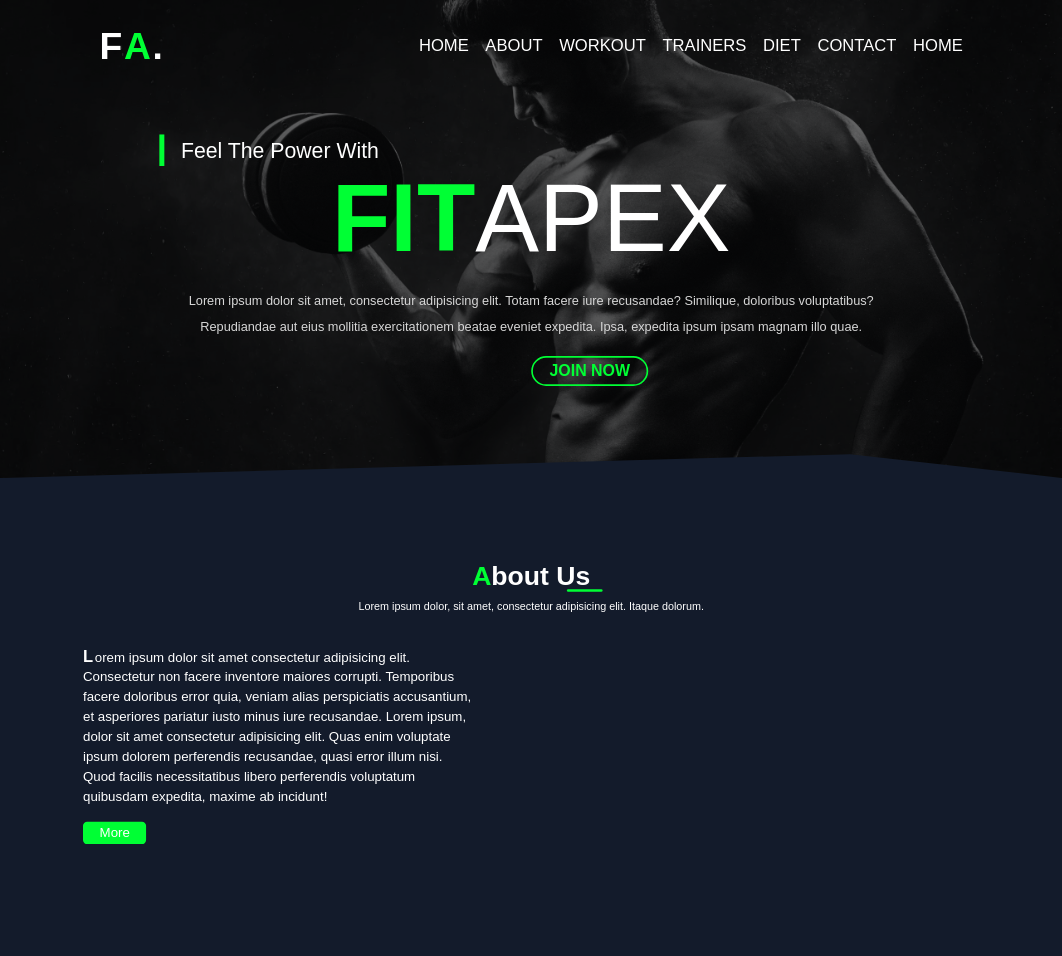
Repository: guilhermecardoso93/fitapex
Page: index.html
These files come from the project's save history. The page is drawn as it stood at one moment and after the next save; the edit follows.
The browser window is 1280 px wide. The pictures show the whole page, at 83% of full size.

Above is the page before, as saved 2023-03-05 21:22:53.

### index.html
<!DOCTYPE html>
<html lang="pr-BR">
  <head>
    <meta charset="UTF-8" />
    <meta http-equiv="X-UA-Compatible" content="IE=edge" />
    <meta name="viewport" content="width=device-width, initial-scale=1.0" />
    <link rel="stylesheet" href="styles.css" />
    <link
      rel="stylesheet"
      href="https://cdnjs.cloudflare.com/ajax/libs/font-awesome/4.7.0/css/font-awesome.css"
    />
    <title>F.A GYM</title>
  </head>
  <body>
    <div class="navbar">
      <a href="#" class="logo">F<b>A</b>.</a>
      <ol>
        <li>
          <a href="#home">home</a>
        </li>
        <li>
          <a href="#about">about</a>
        </li>
        <li>
          <a href="#workout">workout</a>
        </li>
        <li>
          <a href="#trainers">trainers</a>
        </li>
        <li>
          <a href="#diet">diet</a>
        </li>
        <li>
          <a href="#contact">contact</a>
        </li>
        <li>
          <a href="#home">home</a>
        </li>
      </ol>
    </div>
    <section id="home" class="home view">
      <div class="highlights">
        <h3>feel the power with</h3>
        <h1><b>FIT</b>APEX</h1><br>
        <p class="tagline">
          Lorem ipsum dolor sit amet, consectetur adipisicing elit. Totam facere iure recusandae? Similique, doloribus voluptatibus? Repudiandae aut eius mollitia exercitationem beatae eveniet expedita. Ipsa, expedita ipsum ipsam magnam illo quae.
        </p>
        <button class="join">join now</button>
      </div>
      <div class="banner"/>
    </section>

    <section id="about" class="about view">
      <div class="main">
        <h2><span>A</span>bout Us</h2>
        <h6>Lorem ipsum dolor, sit amet, consectetur adipisicing elit. Itaque dolorum.</h6>
      </div>
      <div class="content">
        <div class="cols">
          <p><b>L</b>orem ipsum dolor sit amet consectetur adipisicing elit. Consectetur non facere inventore maiores corrupti. Temporibus facere doloribus error quia, veniam alias perspiciatis accusantium, et asperiores pariatur iusto minus iure recusandae. Lorem ipsum, dolor sit amet consectetur adipisicing elit. Quas enim voluptate ipsum dolorem perferendis recusandae, quasi error illum nisi. Quod facilis necessitatibus libero perferendis voluptatum quibusdam expedita, maxime ab incidunt! </p>
          <a href="#">more</a>
        </div>
        <div class="cols">
          <div class="box">
            <img src="" alt="">
          </div>
        </div>
      </div>
    </section>
  </body>
</html>

### styles.css
@import url("https://fonts.googleapis.com/css2?family=Poppins:wght@400;500&display=swap");

@import "./css/_navbar.css";
@import "./css/_home.css";
@import "./css/_about.css";

* {
  margin: 0;
  padding: 0;
  box-sizing: border-box;
  font-family: "Poppisns", sans-serif;
  outline: none;
  color: #fff;
}

:root {
  --prime: #00ff34;
}

body {
  background-color: #131b2b;
}


.view {
  width: 100%;
  min-height: 80vh;
  position: relative;
}

### css/_navbar.css

.navbar {
  width: 100%;
  display: flex;
  position: fixed;
  padding: 30px 120px;
  background-color: transparent;
  justify-content: space-between;
  z-index: 1111;
  transition: 0.5s ease;
}

.logo {
  font-size: 2.8em;
  font-weight: 800;
  letter-spacing: 2px;
  text-transform: uppercase;
  text-decoration: none;
}

.logo B{
  color: var(--prime);
}

ol {
  display: flex;
  margin: auto 0;
}

ol li {
  list-style: none;
  margin-left: 20px;
}

ol li a {
  font-size: 20px;
  font-weight:500;
  text-transform: uppercase;
  text-decoration: none;
}

ol li:hover a {
  color: var(--prime);
}

### css/_home.css
.home {
  display: flex;
  min-height: 120vh;
  align-items: center;
  justify-content: center;
  clip-path: polygon(0 0, 100% 0, 100% 100%, 80% 95%, 0 100%);
}

.banner {
  height: 100%;
  width: 100%;
  position: absolute;
  background: url("../assets/banner.jpg");
  background-size: cover;
  background-position: center;
  filter: brightness(40%);
}

.highlights {
  width: 70%;
  position: relative;
  display: inline-block;
  z-index: 11;
}

.highlights h3 {
  display: inline;
  font-size: 2vw;
  padding: 5px 20px;
  font-weight: lighter;
  text-transform: capitalize;
  border-left: 6px solid var(--prime);
}

.highlights h1 {
  font-size: 9vw;
  text-align: center;
  font-weight: normal;
}

.highlights b {
  color: var(--prime);
  font-weight: 800;
  font-family: sans-serif;
}

.highlights .tagline {
  color: #d7d7d7;
  font-size: 1.2vw;
  text-align: center;
  font-weight: normal;
  line-height: 32px;
}

.highlights .join {
  position: absolute;
  left: 50%;
  margin-top: 1.2rem;
  padding: 5px 20px;

  transform: tanslateX(-500%);
  font-weight: 800;
  font-size: 1.5vw;
  text-transform: uppercase;

  color: var(--prime);
  border: 2px solid var(--prime);
  border-radius: 50px;
  background: transparent;

  transition: 0.3s ease;
}

.highlights .join:hover {
  color: #fff;
  cursor: pointer;
  letter-spacing: 1.5px;
  background: var(--prime);
}

### css/_about.css
.main {
  width: 100%;
  text-align: center;
  padding-bottom: 20px;
}

.main h2 {
  font-size: 2.5vw;
  position: relative;
  text-align: center;
  padding-top: 100px;
  display: inline-block;
}

span {
  color: var(--prime);
}

.main h2:before {
  position: absolute;
  content: '';
  background: var(--prime);
  height: 3px;
  width: 30%;
  right: -15px;
  bottom: 0;
  border-radius: 50px;
}

.main h6 {
  margin-top: 10px;
  font-size: 13px;
  font-family: sans-serif;
  font-weight: lighter;
}

.content {
  position: relative;
  display: flex;
  width: 100%;
  padding: 0 30px;
  justify-content: center;
  line-height: 1.5em;
}

.about .content .cols {
  position: relative;
  width: 100%;
  height: 100%;
  padding: 20px 70px;
}

.about .content .cols p b {
  font-size: 20px;
  margin-right: 2px;
}

.about .content .cols a {
  position: relative;
  top: 20px;
  color: #fff;
  background-color: var(--prime);
  padding: 5px 20px;
  border-radius: 5px;
  text-decoration: none;
  text-weight: 500;
  text-transform: capitalize;
}

.about .content .cols a:hover {
  color: #000;
  background: #fff;
}

After the next save:
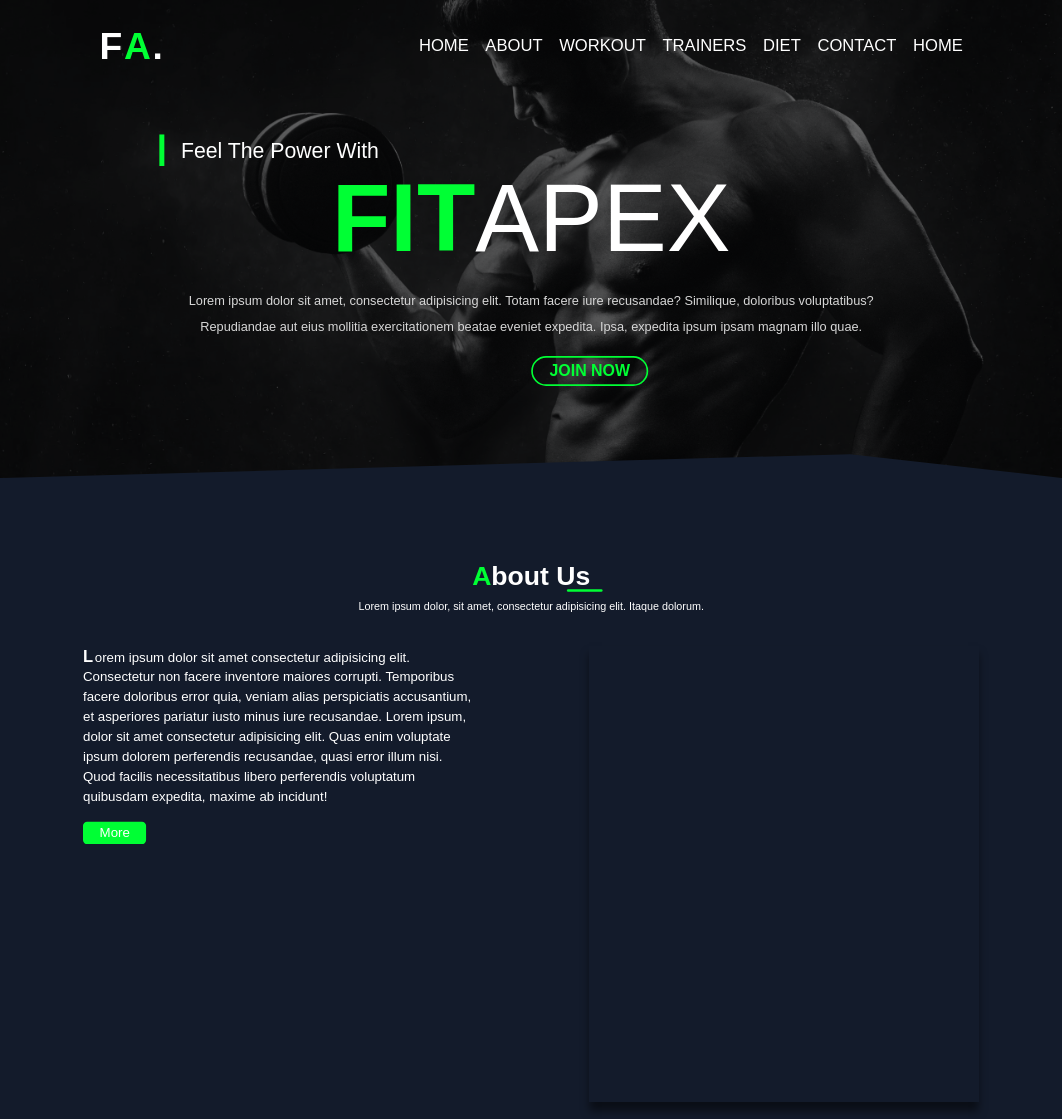
Saved 99 s later.
--- a/css/_about.css
+++ b/css/_about.css
@@ -71,3 +71,9 @@ span {
   color: #000;
   background: #fff;
 }
+
+.about .content .cols .box {
+  position: relative;
+  height: 550px;
+  box-shadow: 0 10px 10px rgba(0,0,0,0.5)
+}
